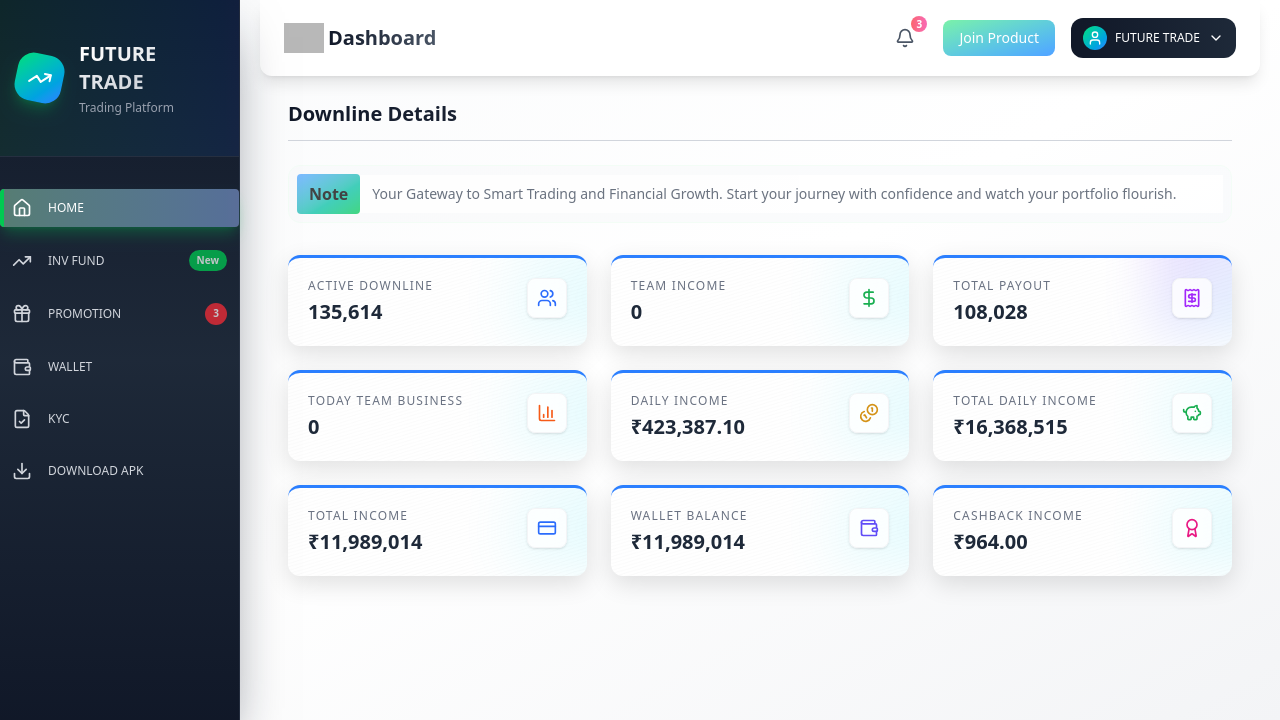
Repository: GauraVPandeyyy/Trade
Page: /
An editor plug-in stored every save of this project. The page is shown before and after the next save, followed by the edit.
The browser window is 1280 px wide. The pictures show the whole page.
Pictures or frames that could not be fetched are drawn as grey boxes. The project was rebuilt for these pictures with package versions that can differ from the ones it lists, and the page was loaded fresh each time. Some packages were replaced by stand-ins written for this rebuild. Also part of the build but not shown: vite.config.js, src/pages/Home.jsx, src/pages/InvFund.jsx, src/pages/Promotion.jsx, src/pages/Wallet.jsx, src/pages/Kyc.jsx, src/pages/DownloadApk.jsx.

Above is the page before, as saved 2025-08-02 13:39:07.

After the next save:
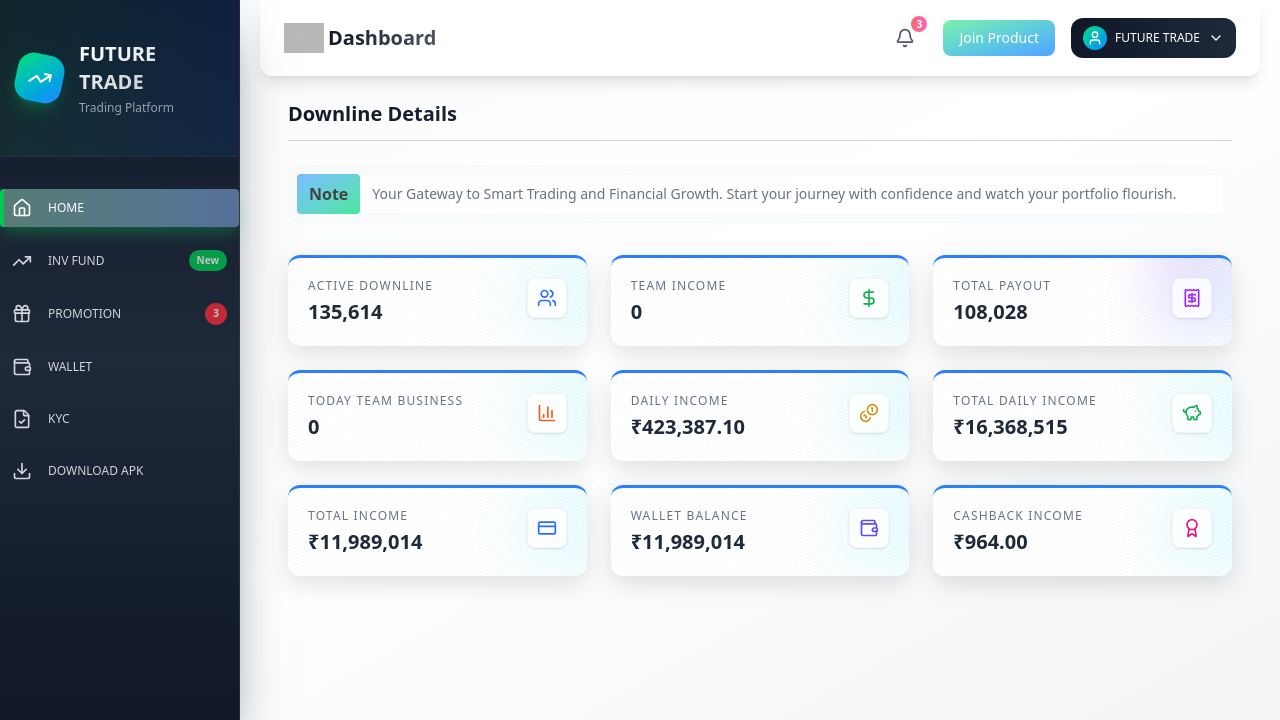
Saved 6 s later.
--- a/src/pages/Dashboard.jsx
+++ b/src/pages/Dashboard.jsx
@@ -106,7 +106,7 @@
                   <Gift size={20} />
                 </div> */}
 
-                <h5 className='font-bold bg-gradient-to-br from-blue-400 to-green-500 px-3 py-2 rounded'>
+                <h5 className='font-bold bg-gradient-to-br from-blue-400 to-green-400 px-3 py-2 rounded'>
                   Note
                 </h5>
 
